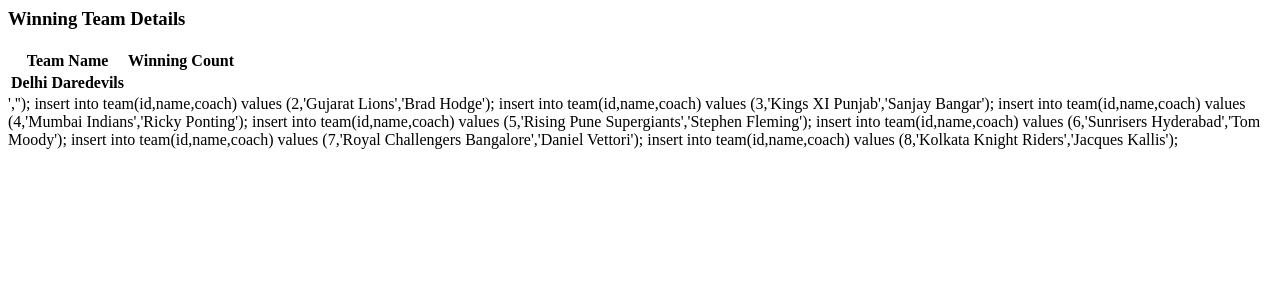
Repository: umng/Learn-to-Program
Page: http://localhost/JSP_Code_Challenge/
The author's editor kept a copy of each file at every save. The page is drawn from the files as they stood at one save, then again after the next save.
The browser window is 1280 px wide. The pictures show the whole page.
The page is served by Tomcat 9. Other server files are loaded and not shown.

Above is the page before, as saved 2017-03-02 10:54:05.

### Java/CTS_SFDC/workspace/JSP Code Challenge/WebContent/index.jsp

<html>
<head>
<title>Winning Team Details</title>
</head>
<body>
	<h3>Winning Team Details</h3>
	<table id="teams">
		<tr>
			<th>Team Name</th>
			<th>Winning Count</th>
		</tr>
		<tr>
			<th>Delhi Daredevils</th>
			<th></th>
		</tr>
	</table>
</body>
</html>

','');
insert into team(id,name,coach) values (2,'Gujarat Lions','Brad Hodge');
insert into team(id,name,coach) values (3,'Kings XI Punjab','Sanjay Bangar');
insert into team(id,name,coach) values (4,'Mumbai Indians','Ricky Ponting');
insert into team(id,name,coach) values (5,'Rising Pune Supergiants','Stephen Fleming');
insert into team(id,name,coach) values (6,'Sunrisers Hyderabad','Tom Moody');
insert into team(id,name,coach) values (7,'Royal Challengers Bangalore','Daniel Vettori');
insert into team(id,name,coach) values (8,'Kolkata Knight Riders','Jacques Kallis');

After the next save:
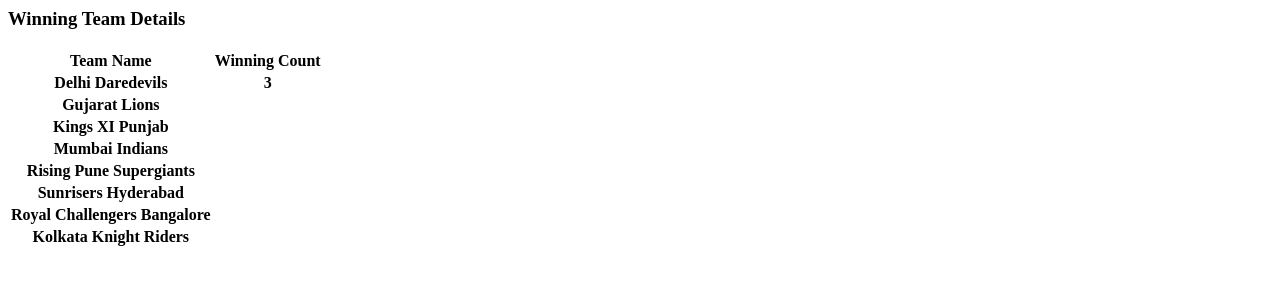
Saved 89 s later.
--- a/Java/CTS_SFDC/workspace/JSP Code Challenge/WebContent/index.jsp
+++ b/Java/CTS_SFDC/workspace/JSP Code Challenge/WebContent/index.jsp
@@ -12,17 +12,36 @@
 		</tr>
 		<tr>
 			<th>Delhi Daredevils</th>
+			<th>3</th>
+		</tr>
+		<tr>
+			<th>Gujarat Lions</th>
+			<th></th>
+		</tr>
+		<tr>
+			<th>Kings XI Punjab</th>
+			<th></th>
+		</tr>
+		<tr>
+			<th>Mumbai Indians</th>
+			<th></th>
+		</tr>
+		<tr>
+			<th>Rising Pune Supergiants</th>
+			<th></th>
+		</tr>
+		<tr>
+			<th>Sunrisers Hyderabad</th>
+			<th></th>
+		</tr>
+		<tr>
+			<th>Royal Challengers Bangalore</th>
+			<th></th>
+		</tr>
+		<tr>
+			<th>Kolkata Knight Riders</th>
 			<th></th>
 		</tr>
 	</table>
 </body>
 </html>
-
-','');
-insert into team(id,name,coach) values (2,'Gujarat Lions','Brad Hodge');
-insert into team(id,name,coach) values (3,'Kings XI Punjab','Sanjay Bangar');
-insert into team(id,name,coach) values (4,'Mumbai Indians','Ricky Ponting');
-insert into team(id,name,coach) values (5,'Rising Pune Supergiants','Stephen Fleming');
-insert into team(id,name,coach) values (6,'Sunrisers Hyderabad','Tom Moody');
-insert into team(id,name,coach) values (7,'Royal Challengers Bangalore','Daniel Vettori');
-insert into team(id,name,coach) values (8,'Kolkata Knight Riders','Jacques Kallis');
